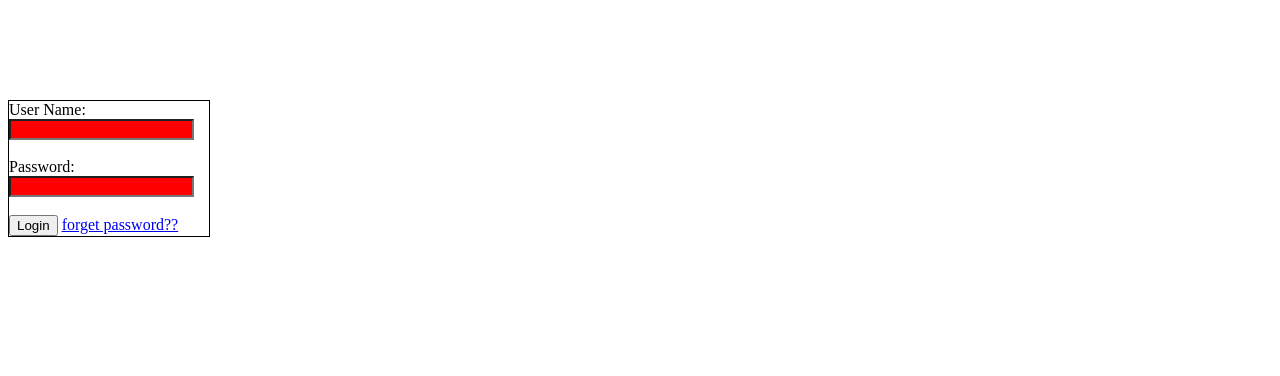
Repository: AmritOjha01/sms
Page: http://localhost/StudentManagementSystem/UserController?action=listUser
An editor plug-in stored every save of this project. The page is shown before and after the next save, followed by the edit.
The browser window is 1280 px wide. The pictures show the whole page.
The page is served by Tomcat 9.

Above is the page before, as saved 2017-03-27 11:27:33.

After the next save:
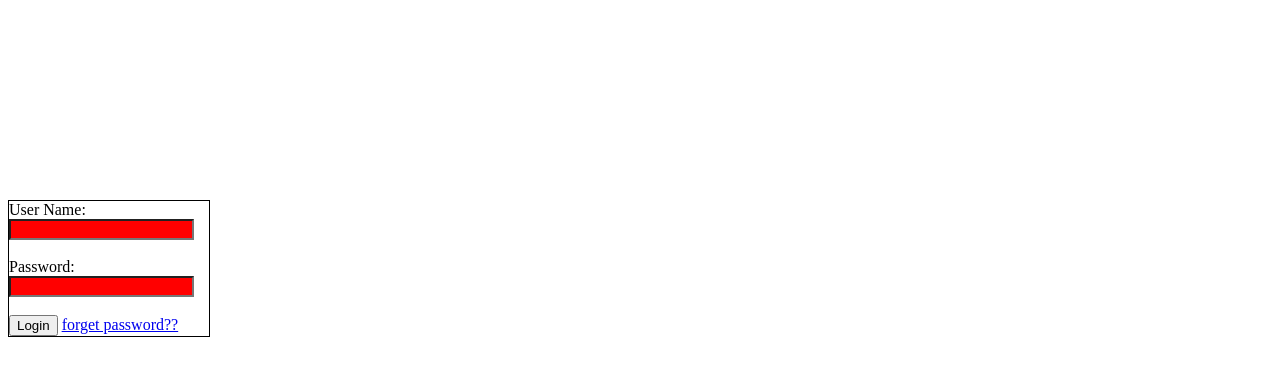
Saved 8 s later.
--- a/StudentManagementSystem/WebContent/resources/customcss/demo.css
+++ b/StudentManagementSystem/WebContent/resources/customcss/demo.css
@@ -3,7 +3,7 @@
 	width: 200px;
 	border-width: 1px;
 	border-style: solid;
-	margin: 100px 0px 0px 0px;
+	margin: 200px 0px 0px 0px;
 }
 .css-style {
 	background-color: red
